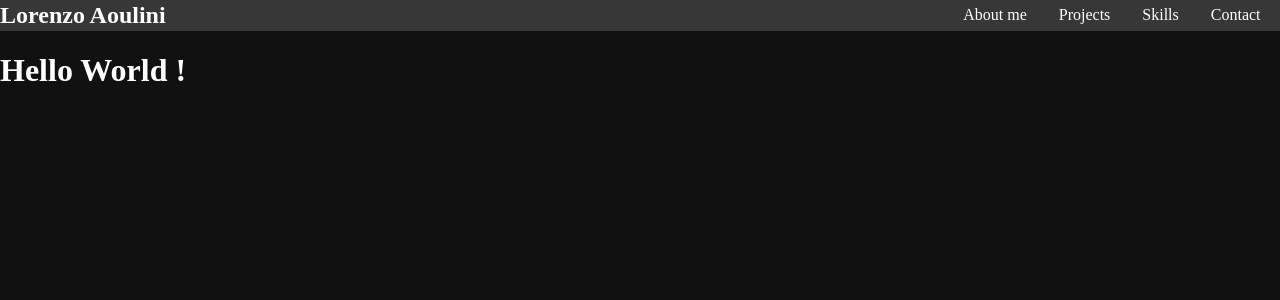
Repository: lolo298/lolo298.github.io
Page: index.html
An editor plug-in stored every save of this project. The page is shown before and after the next save, followed by the edit.
The browser window is 1280 px wide. The pictures show the whole page.

Above is the page before, as saved 2022-05-09 17:20:13.

After the next save:
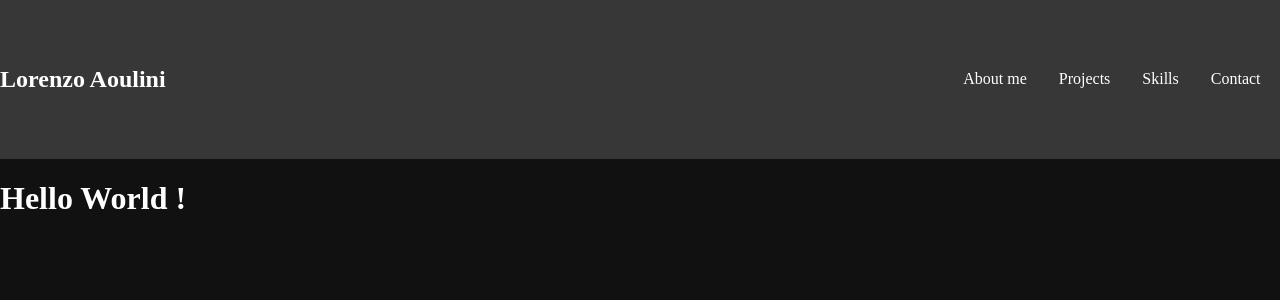
Saved 32 s later.
--- a/css/style.css
+++ b/css/style.css
@@ -20,6 +20,7 @@ body {
     display: flex;
     justify-content: space-between;
     align-items: center;
+    padding: 5% 0% 5% 0%;
 }
 
 .main-navbar>* {
